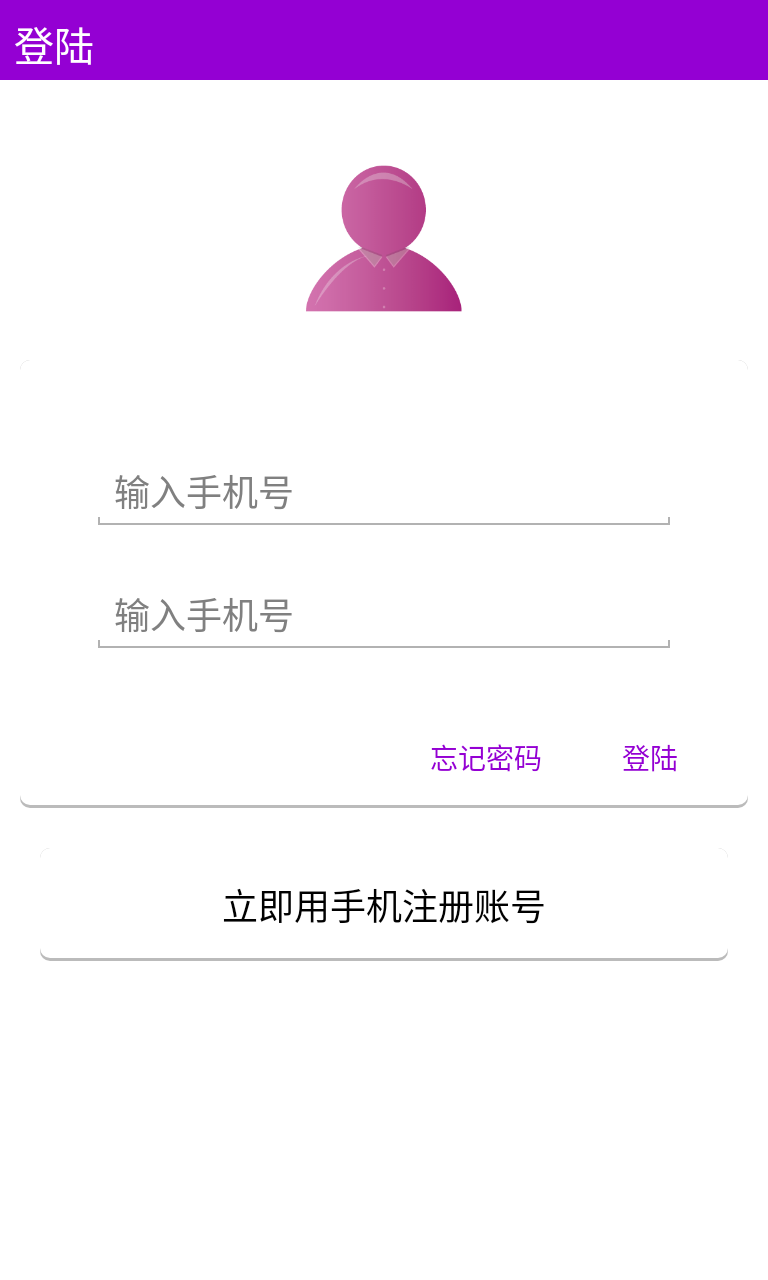
Repository: mrhanliang/Android_4.2
Layout: Android_Level_work/res/layout/activity_main.xml
The author's editor kept a copy of each file at every save. The layout is drawn from the files as they stood at one save, then again after the next save.
It is drawn on a 768 x 1280 px phone screen (xhdpi) without system bars, with theme AppTheme; the app's code is not run.

Above is the layout before, as saved 2015-12-05 13:49:36.

After the next save:
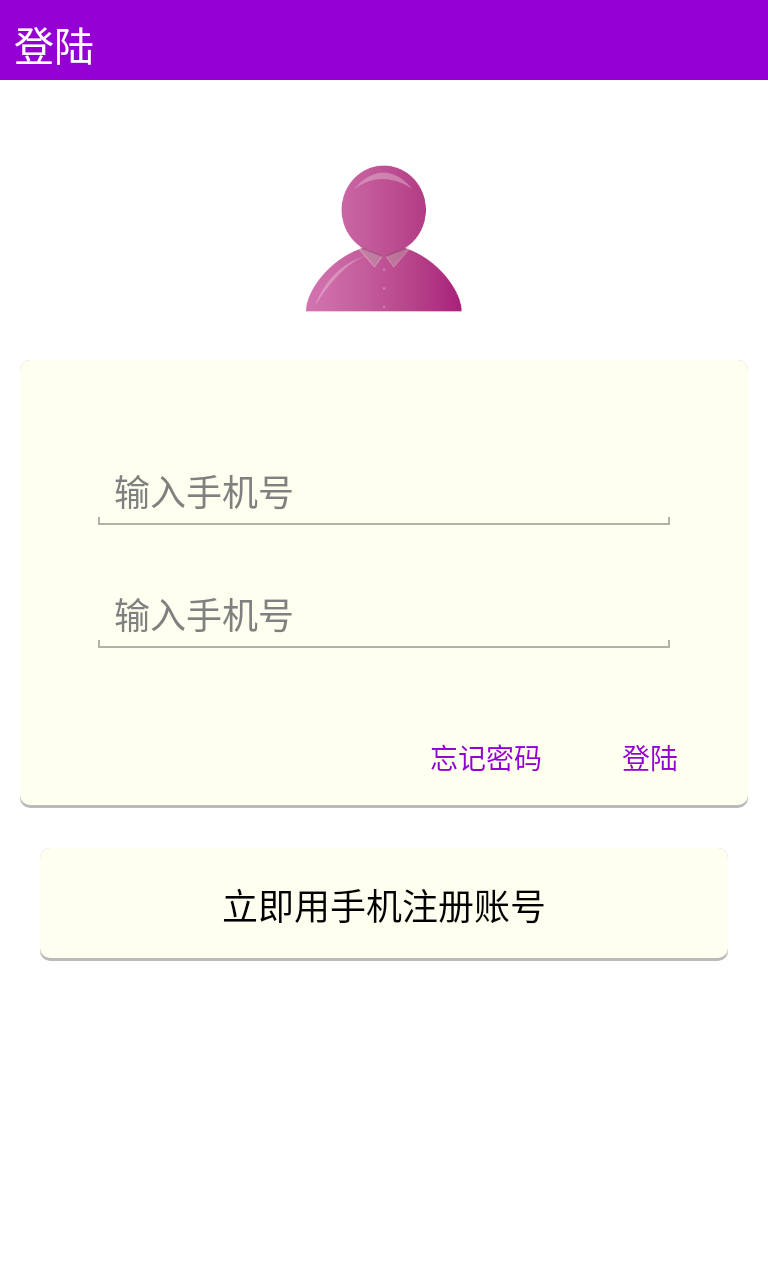
Saved 14 s later.
--- a/Android_Level_work/res/drawable-v14/html.xml
+++ b/Android_Level_work/res/drawable-v14/html.xml
@@ -10,7 +10,7 @@
     <!-- White Top color -->
     <item android:bottom="3px">
         <shape  android:shape="rectangle">
-             <solid android:color="#ffffff" />
+             <solid android:color="#fffff0" />
              <corners android:radius="5dp" />
              <padding
                 android:top="15dp"
